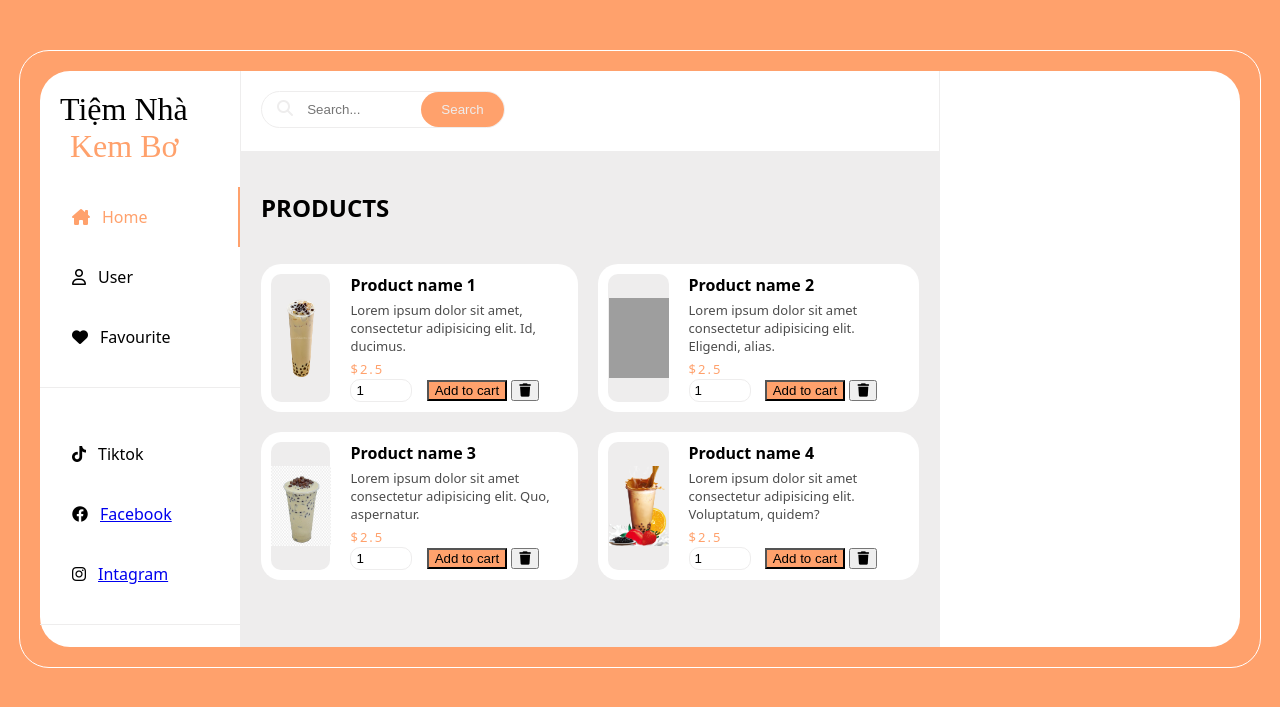
Repository: hnguyeng/tiemnhabo
Page: index.html
An editor plug-in stored every save of this project. The page is shown before and after the next save, followed by the edit.
The browser window is 1280 px wide. The pictures show the whole page.
Pictures or frames that could not be fetched are drawn as grey boxes.

Above is the page before, as saved 2022-12-13 16:27:56.

### index.html
<!DOCTYPE html>
<html lang="en">
<head>
    <meta charset="UTF-8">
    <meta http-equiv="X-UA-Compatible" content="IE=edge">
    <meta name="viewport" content="width=device-width, initial-scale=1.0">
    <title>Document</title>
    <link rel="stylesheet" href="./style.css">
    <link rel="stylesheet" href="https://cdnjs.cloudflare.com/ajax/libs/font-awesome/6.2.1/css/all.min.css">
</head>
<body>
    <div class="container">
        <div class="menu">
            <div class="logo">
                Tiệm Nhà <span>Kem Bơ</span>
            </div>
            <ul>
                <li class="active"><i class="fa-solid fa-house-chimney"></i>Home</li>
                <li><i class="fa-regular fa-user"></i>User</li>
                <li><i class="fa-solid fa-heart"></i>Favourite</li>
            </ul>
            <ul>
                <li><i class="fa-brands fa-tiktok"></i>Tiktok</li>
                <li><i class="fa-brands fa-facebook"></i><a href="https://www.facebook.com/Hin229/">Facebook</a> </li>
                <li><i class="fa-brands fa-instagram"></i><a href="https://www.instagram.com/n.q.h.2209/">Intagram</a></li>
            </ul>
        </div>
        <div class="center">
            <div class="search">
                <div class="form">
                    <i class="fa-solid fa-magnifying-glass"></i>
                    <input type="text" placeholder="Search...">
                    <button>Search</button>
                </div>
            </div>
            <h2>PRODUCTS</h2>
            <div class="list">
                <div class="item" data-key="1">
                    <div class="img">
                        <img src="./img/freepng1191-tra-sua-nuoc-giai-khat-do-uong-png-hinh-tach-nen-14.png" alt="">
                    </div>
                    <div class="content">
                        <div class="title">Product name 1</div>
                        <div class="des">
                           Lorem ipsum dolor sit amet, consectetur adipisicing elit. Id, ducimus.
                        </div>
                        <div class="price">$2.5</div>
                        <input type="number" class="count" min="1" value="1">
                        <button class="add">Add to cart</button>
                        <button class="remove"><i class="fa-solid fa-trash"></i></button>
                    </div>
                </div>
                <div class="item" data-key="2">
                    <div class="img">
                        <img src="./img/freepng1205-tra-sua-nuoc-giai-khat-do-uong-png-hinh-tach-nen-28.png" alt="">
                    </div>
                    <div class="content">
                        <div class="title">Product name 2</div>
                        <div class="des">
                            Lorem ipsum dolor sit amet consectetur adipisicing elit. Eligendi, alias.
                        </div>
                        <div class="price">$2.5</div>
                        <input type="number" class="count" min="1" value="1">
                        <button class="add">Add to cart</button>
                        <button class="remove"><i class="fa-solid fa-trash"></i></button>
                    </div>
                </div>
                <div class="item" data-key="3">
                    <div class="img">
                        <img src="./img/kisspng-milkshake-milk-tea-red-bean-milk-tea-picture-material-5a96606943e004.536732111519804521278.jpg" alt="">
                    </div>
                    <div class="content">
                        <div class="title">Product name 3</div>
                        <div class="des">
                            Lorem ipsum dolor sit amet consectetur adipisicing elit. Quo, aspernatur.
                        </div>
                        <div class="price">$2.5</div>
                        <input type="number" class="count" min="1" value="1">
                        <button class="add">Add to cart</button>
                        <button class="remove"><i class="fa-solid fa-trash"></i></button>
                    </div>
                </div>
                <div class="item" data-key="4">
                    <div class="img">
                        <img src="./img/taifree1436-ly-tra-sua-huong-dau.png" alt="">
                    </div>
                    <div class="content">
                        <div class="title">Product name 4</div>
                        <div class="des">
                            Lorem ipsum dolor sit amet consectetur adipisicing elit. Voluptatum, quidem?
                        </div>
                        <div class="price">$2.5</div>
                        <input type="number" class="count" min="1" value="1">
                        <button class="add">Add to cart</button>
                        <button class="remove"><i class="fa-solid fa-trash"></i></button>
                    </div>
                </div>
            </div>
        </div>
        <div class="cart"></div>
    </div>
</body>
</html>

### style.css
 @import url('https://fonts.googleapis.com/css2?family=Roboto&display=swap');
 :root{
    --white: #fff;
    --light: #eeeded;
    --orange: #FFA16C;
 }
 body {
    background-color: var(--orange);
    font-family: system-ui;
    overflow: hidden;
 }
 .container{
    width: 1200px;
    border: 1px solid var(--white);
    max-width: 100%;
    margin: 50px auto 0;
    display: grid;
    grid-template-columns: 200px auto 300px;
    padding: 20px;
    border-radius: 30px;
    min-height: 80vh;
 }
 .container .menu{
    background-color: var(--white);
    border-top-left-radius: 30px;
    border-bottom-left-radius: 30px;
 }
 .container .cart{
    background-color: var(--white);
    border-top-right-radius: 30px;
    border-bottom-right-radius: 30px;
 }
 .container .center{
    background-color: var(--light);
    border-left: 1px solid var(--light);
    border-right: 1px solid var(--light);
 }
 /* menu */
 .menu .logo{
    padding: 20px 0 20px 20px ;
    font-family: 'lobster', cursive;
    font-size: xx-large;
    height: 40px;
 }
 .menu .logo span{
   color: var(--orange);
   margin-left: 10px;
 }
 .menu ul{
   padding: 20px 0 20px 20px;
   list-style:  none;
   border-bottom: 1px solid var(--light);
 }
 .menu ul li{
   padding: 10px 0;
 }
 .menu ul li i{
   margin: 12px;
 }
 .menu ul li.active{
   color: var(--orange);
   border-right: 2px solid var(--orange);
 }
 .menu ul li:hover{
   color: var(--orange);
   border-right: 2px solid var(--orange);
 }
 /* end menu */
 /* center */
 /* form */
 .center .search{
   background-color: var(--white);
   padding: 20px;
   height: 40px;
 }
 .center .search .form{
   width: max-content;
   border: 1px solid var(--light);
   border-radius: 20px;
   padding-left: 15px;
   color: var(--light);
 }
 .center .search .form input{
   border: none;
   padding: 0 10px;
   outline: none;
   width: 100px;
 }
 .center .search .form button{
   border: none;
   background-color: var(--orange);
   color: var(--light);
   padding: 10px 20px;
   border-radius: 20px;
 }
 /* end form */
 .item .img img{
   width: 60px;
   height: 80px;
 }
 .item .img{
  border-radius: 10px;
   background-color: var(--light);
   display: flex;
   justify-content: center;
   align-items: center;
 }
.center h2{
   padding: 20px;
}
.center .list{
   padding: 0 20px 20px;
   display: grid;
   grid-template-columns: auto auto;
   column-gap: 20px;
   row-gap: 20px;
}
.item{
   background-color: var(--white);
   display: grid;
   grid-template-columns: 20% auto;
   padding: 10px;
   column-gap: 20px;
   border-radius: 20px;
}
.item .content .title{
   font-weight: bold;
}
.item .content .des{
   font-size: small;
   opacity: 0.7;
   margin-top: 5px;
}
.item .content .price{
   color: var(--orange);
   letter-spacing: 2px;
   font-weight: 500;
   font-size: small;
   margin-top: 5px;
}
.item .count{
   width: 50px;
   border-radius: 10px;
   margin-right: 10px;
   padding: 3px 5px;
   border: 1px solid var(--light);
   outline: none;
}
.item .content .add{
   background-color: var(--orange);
}

 /* end center */

After the next save:
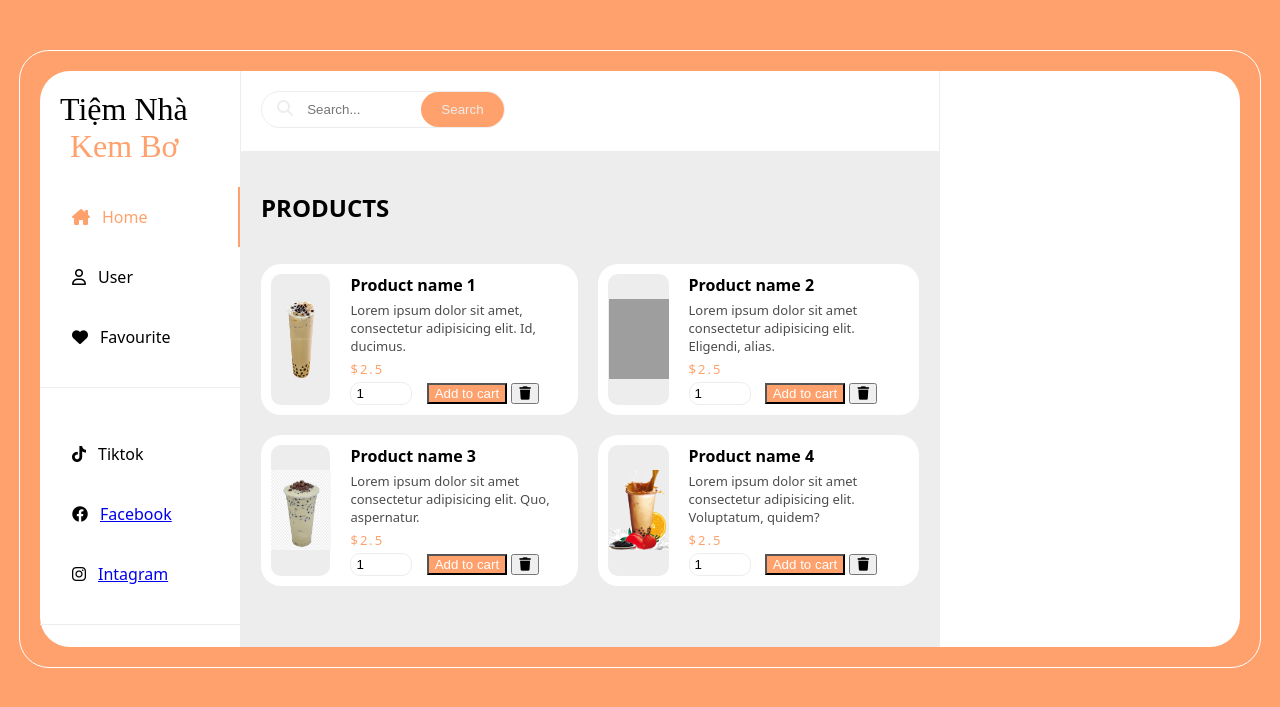
Saved 39 s later.
--- a/style.css
+++ b/style.css
@@ -148,6 +148,8 @@
 }
 .item .content .add{
    background-color: var(--orange);
+   margin-top: 5px;
+   color: var(--white);
 }
 
  /* end center */
